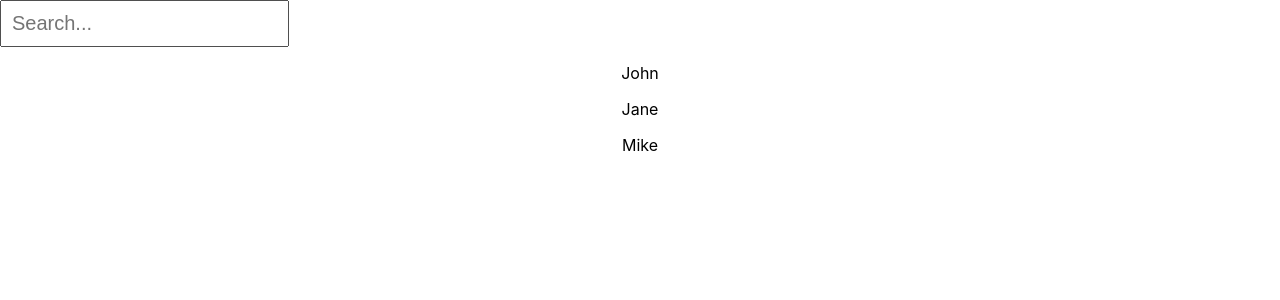
Repository: Omk1/RUStudy
Page: /
An editor plug-in stored every save of this project. The page is shown before and after the next save, followed by the edit.
The browser window is 1280 px wide. The pictures show the whole page.
Some web libraries are served in a nearby version. The project was rebuilt for these pictures with package versions that can differ from the ones it lists, and the page was loaded fresh each time.

Above is the page before, as saved 2023-10-07 21:46:21.

After the next save:
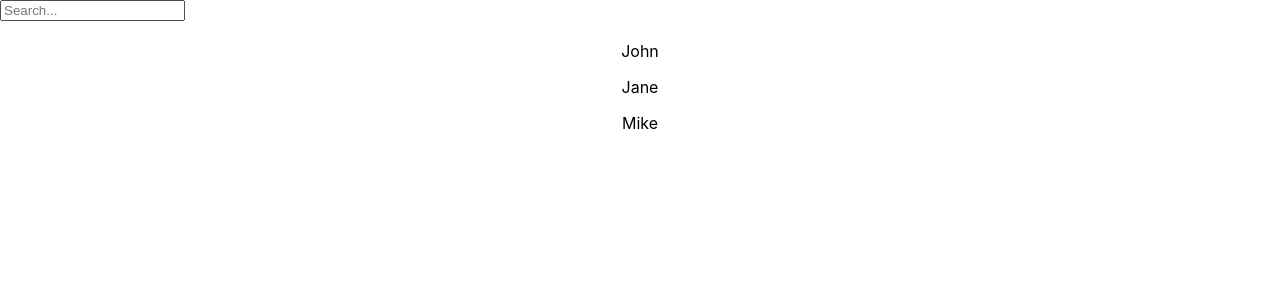
Saved 51 s later.
--- a/src/App.css
+++ b/src/App.css
@@ -7,9 +7,16 @@
 }
 
 .search {
+  display: flex;
+  justify-content: center;
+  align-items: center;
+  margin-bottom: 20px; /* Adjust margin as needed */
+}
+
+.search input {
   padding: 10px;
   font-size: 20px;
-
+  /* Add other styles as needed */
 }
 
 .list {

After the save that followed:
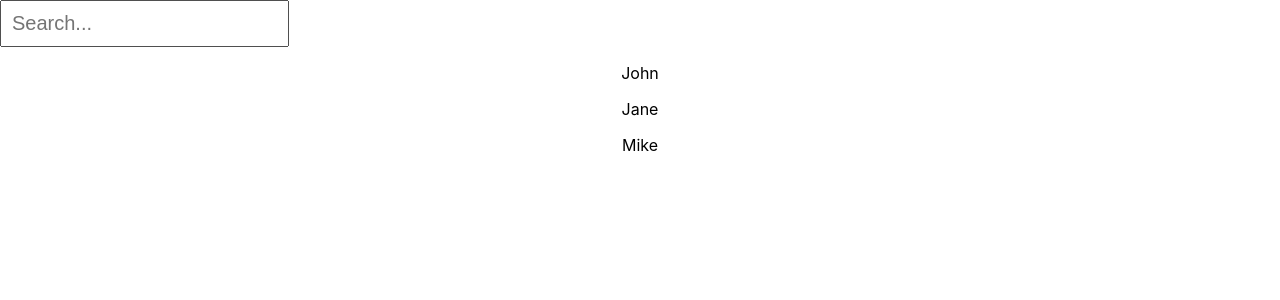
Saved 11 s later.
--- a/src/App.css
+++ b/src/App.css
@@ -7,16 +7,9 @@
 }
 
 .search {
-  display: flex;
-  justify-content: center;
-  align-items: center;
-  margin-bottom: 20px; /* Adjust margin as needed */
-}
-
-.search input {
   padding: 10px;
   font-size: 20px;
-  /* Add other styles as needed */
+
 }
 
 .list {
